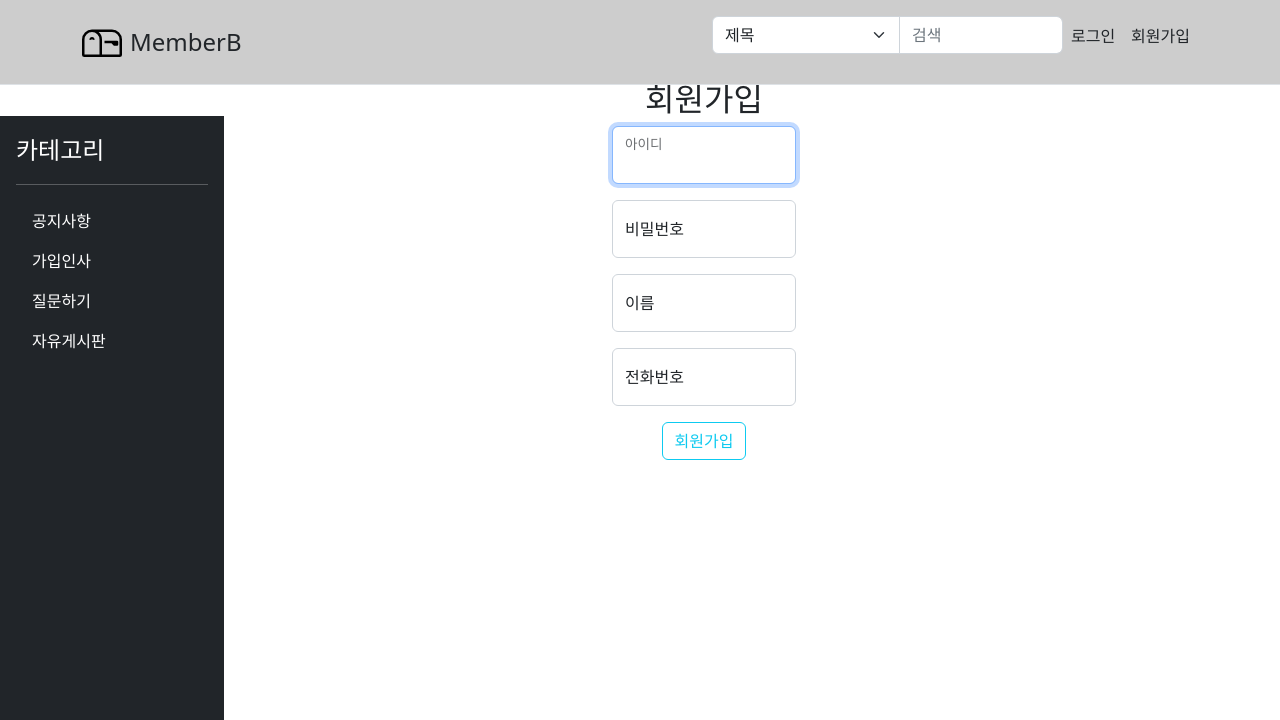
Repository: charmErin/board_220915
Page: http://localhost/board/WEB-INF/views/member/save.jsp
The author's editor kept a copy of each file at every save. The page is drawn from the files as they stood at one save, then again after the next save.
The browser window is 1280 px wide. The pictures show the whole page.
The page is served by Tomcat 9. Nobody is signed in. The template is opened directly, without the code that normally fills it, so the values that code supplies are empty.

Above is the page before, as saved 2022-09-16 02:45:32.

After the next save:
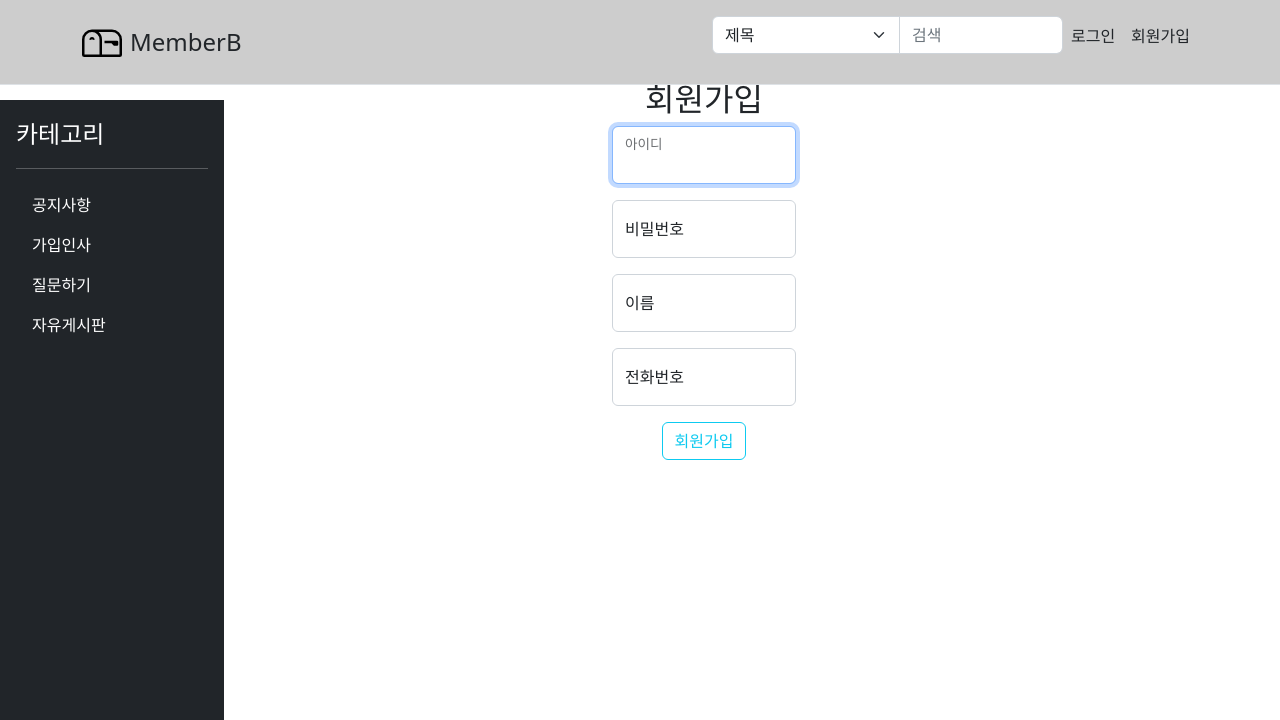
Saved 94 s later.
--- a/board/src/main/webapp/WEB-INF/views/layout/header.jsp
+++ b/board/src/main/webapp/WEB-INF/views/layout/header.jsp
@@ -16,7 +16,7 @@
 	.side-bar {
 		width: 14rem;
 		height: 100%;
-		margin-top: 3rem;
+		margin-top: 2rem;
 		position: fixed;
 		display: inline !important;
 	}
